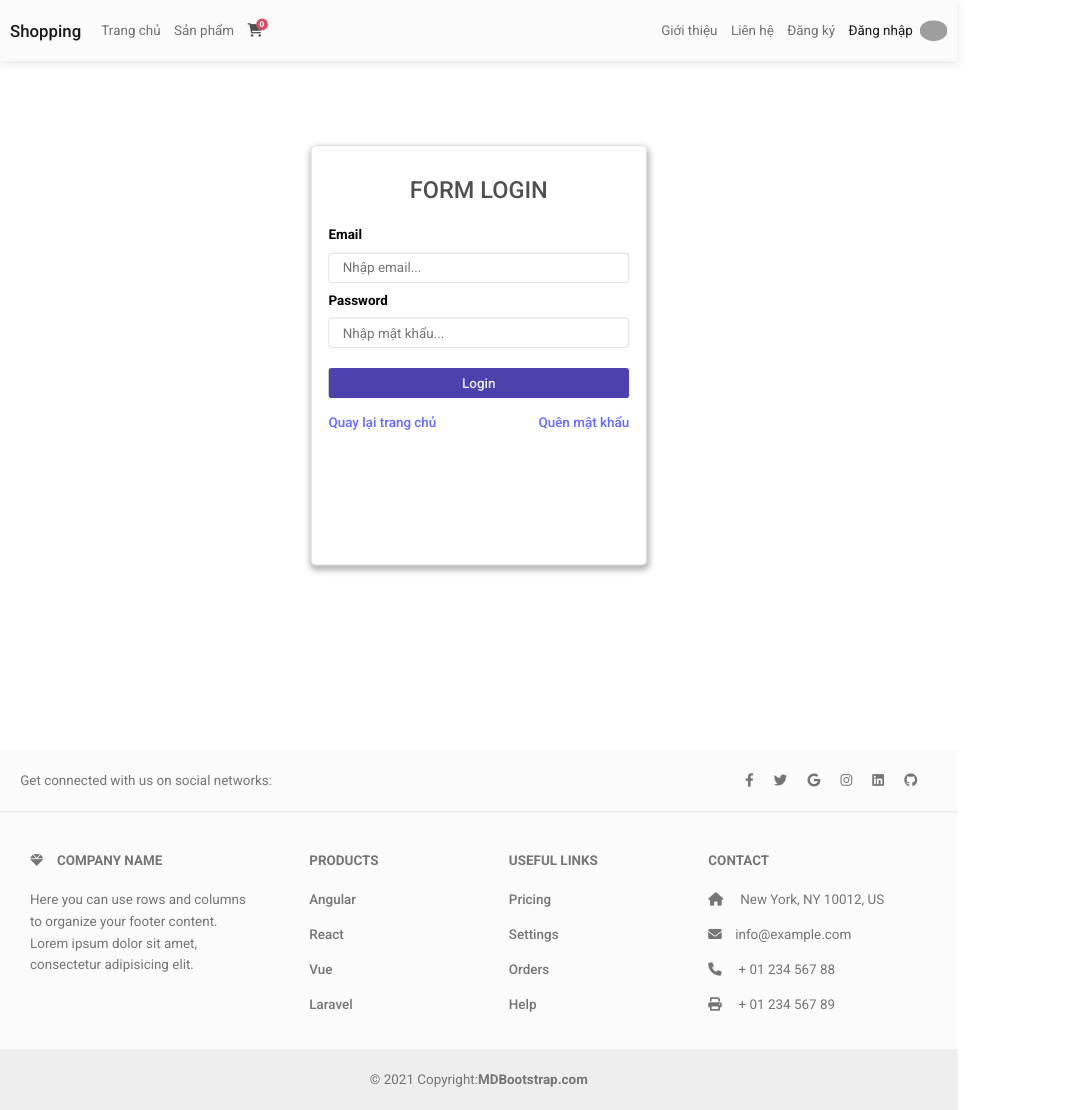
Repository: TinhTT336/MD02_Session10
Page: /login
These files come from the project's save history. The page is drawn as it stood at one moment and after the next save; the edit follows.
The browser window is 1280 px wide. The pictures show the whole page, at 84% of full size.
Pictures or frames that could not be fetched are drawn as grey boxes. Some web libraries are served in a nearby version. The project was rebuilt for these pictures with package versions that can differ from the ones it lists, and the page was loaded fresh each time. Also part of the build but not shown: vite.config.js, src/pages/Home.jsx, src/common/formatMoney.js, src/actions/cartActions.js, src/pages/ListProduct.jsx, src/pages/Cart.jsx, src/components/base/backtop/backtop.css, src/components/base/backtop/BackToTop.jsx and 11 more.

Above is the page before, as saved 2023-09-08 17:27:12.

### index.html
<!DOCTYPE html>
<html lang="en">
  <head>
    <meta charset="UTF-8" />
    <link rel="icon" type="image/svg+xml" href="/vite.svg" />
    <meta name="viewport" content="width=device-width, initial-scale=1.0" />
    <title>Vite + React</title>
    <!-- Font Awesome -->
    <link
      href="https://cdnjs.cloudflare.com/ajax/libs/font-awesome/6.0.0/css/all.min.css"
      rel="stylesheet"
    />
    <!-- Google Fonts -->
    <link
      href="https://fonts.googleapis.com/css?family=Roboto:300,400,500,700&display=swap"
      rel="stylesheet"
    />
    <!-- MDB -->
    <link
      href="https://cdnjs.cloudflare.com/ajax/libs/mdb-ui-kit/6.4.1/mdb.min.css"
      rel="stylesheet"
    />
  </head>
  <body>
    <div id="root"></div>
    <script type="module" src="/src/main.jsx"></script>
    <script
      type="text/javascript"
      src="https://cdnjs.cloudflare.com/ajax/libs/mdb-ui-kit/6.4.1/mdb.min.js"
    ></script>
  </body>
</html>

### src/main.jsx
import React from 'react'
import ReactDOM from 'react-dom/client'
import App from './App.jsx'
import './index.css'
import { BrowserRouter } from 'react-router-dom'
import { Provider } from 'react-redux'
import { createStore } from 'redux'
import { reducer } from './reducers/index.js'

const store = createStore(reducer)
ReactDOM.createRoot(document.getElementById('root')).render(
  <React.StrictMode>
    <BrowserRouter>
      <Provider store={store}>
        <App />
      </Provider>
    </BrowserRouter>
  </React.StrictMode>,
)

### src/App.jsx

import { Route, Routes, useLocation } from 'react-router-dom'
import './App.css'
import Home from './pages/Home'
import ListProduct from './pages/ListProduct'
import Cart from './pages/Cart'
import About from './pages/About'
import Contact from './pages/Contact'
import Register from './pages/Register'
import Login from './pages/Login'
import ProductDetail from './pages/ProductDetail'
import { useEffect } from 'react'
import PrivateRouter from './pages/private/PrivateRouter'
import HomeAdmin from './pages/private/HomeAdmin'
import ManagerProduct from './pages/private/ManagerProduct'
import ManagerUser from './pages/private/ManagerUser'

function App() {
  const location = useLocation();
  useEffect(() => {
    window.scrollTo({ top: 0, behavior: "smooth" });
  }, [location.pathname])
  return (
    <>
      <Routes>
        {/* Router ai cung co the truy cap */}
        <Route path='/' element={<Home />}></Route>
        <Route path='/list-product' element={<ListProduct />}></Route>
        <Route path='/product/:id' element={<ProductDetail />}></Route>
        <Route path='/cart' element={<Cart />}></Route>
        <Route path='/about' element={<About />}></Route>
        <Route path='/contact' element={<Contact />}></Route>
        <Route path='/register' element={<Register />}></Route>
        <Route path='/login' element={<Login />}></Route>
        <Route path='/product-detail' element={<ProductDetail />}></Route>

        {/* Router chi admin moi co the truy cap */}
        <Route path='/admin' element={<PrivateRouter />}>
          {/* path ="/" duong dan tuyet doi */}
          <Route index element={<HomeAdmin />}></Route>
          <Route path='manager-product' element={<ManagerProduct />}></Route>
          <Route path='manager-user' element={<ManagerUser />}></Route>
        </Route>
      </Routes>
    </>
  )
}

export default App

### src/App.css
* {
  margin: 0;
  padding: 0;
  box-sizing: border-box;
}
/* .active {
  background-color: #efefef;
} */
/* body {
  max-width: 90%;
  margin: 0 auto;
} */

.nav-item .nav-link {
  padding: 15px;
}

.fa-cart-shopping {
  position: relative;
}

.fa-cart-shopping + span {
  position: absolute;
  top: -10px;
  right: -10px;
  background-color: red;
  color: white;
  border-radius: 50%;
  padding: 5px 10px;
}

### src/pages/Login.jsx
import React from 'react'
import Navbar from '../layouts/Navbar'
import Footer from '../layouts/Footer'
import Button from "../components/base/button/Button";
import "./login.css";
import { Link } from 'react-router-dom';

export default function Login() {
    return (
        <>
            <Navbar />
            <div style={{ minHeight: "100vh", marginTop: 100 }} className='d-flex justify-content-center align-item-center'>
                <form className='form-container'>
                    <h3 className='form-heading text-center p-3'>FORM LOGIN</h3>
                    <div className='form-group'>
                        <label className='form-label' htmlFor="email">Email</label>
                        <input className='form-input' type="text" id="email" placeholder='Nhập email...' />
                    </div>
                    <div className='form-group'>
                        <label className='form-label' htmlFor="password">Password</label>
                        <input className='form-input' type="password" id="password" placeholder='Nhập mật khẩu...' />
                    </div>
                    <div className='mt-4'>
                        <Button size="100%" title='Login' type='primary' />
                    </div>
                    <div className='mt-3 d-flex justify-content-between'>
                        <Link to={"/"}>Quay lại trang chủ</Link>
                        <Link>Quên mật khẩu</Link>
                    </div>
                </form>
            </div>
            <Footer />
        </>
    )
}

### src/layouts/Navbar.jsx
import React from 'react'
import { useSelector } from 'react-redux'
import { Link, NavLink } from 'react-router-dom'

export default function Navbar() {
    const carts = useSelector(cart => cart.listCart);
    return (
        <div>
            <>
                {/* Navbar start */}
                {/* Navbar */}
                <nav className="navbar navbar-expand-lg navbar-light bg-light">
                    {/* Container wrapper */}
                    <div className="container-fluid">
                        {/* Toggle button */}
                        <button
                            className="navbar-toggler"
                            type="button"
                            data-mdb-toggle="collapse"
                            data-mdb-target="#navbarSupportedContent"
                            aria-controls="navbarSupportedContent"
                            aria-expanded="false"
                            aria-label="Toggle navigation"
                        >
                            <i className="fas fa-bars" />
                        </button>
                        {/* Collapsible wrapper */}
                        <div className="collapse navbar-collapse" id="navbarSupportedContent">
                            {/* Navbar brand */}
                            <a className="navbar-brand mt-2 mt-lg-0" >
                                {" "}
                                Shopping{" "}
                            </a>
                            {/* Left links */}
                            <ul className="navbar-nav me-auto mb-2 mb-lg-0">
                                <li className="nav-item">
                                    <NavLink to={"/"} className="nav-link" >
                                        Trang chủ
                                    </NavLink>
                                </li>
                                <li className="nav-item">
                                    <NavLink to={"/list-product"} className="nav-link" >
                                        Sản phẩm
                                    </NavLink>
                                </li>
                                <li className="nav-item">
                                    {/* Icon */}
                                    <Link to={"/cart"} className="text-reset me-3 nav-link" >
                                        <i className="fas fa-shopping-cart" />
                                        <span className="badge rounded-pill badge-notification bg-danger">
                                            {carts.length}
                                        </span>
                                    </Link>
                                </li>
                            </ul>
                            {/* Left links */}
                        </div>
                        {/* Collapsible wrapper */}
                        {/* Right elements */}
                        <div className="d-flex align-items-center">
                            <ul className="navbar-nav me-auto mb-2 mb-lg-0">
                                <li className="nav-item">
                                    <NavLink to={"/about"} className="nav-link" >
                                        Giới thiệu
                                    </NavLink>
                                </li>
                                <li className="nav-item">
                                    <NavLink to={"/contact"} className="nav-link" >
                                        Liên hệ
                                    </NavLink>
                                </li>
                                <li className="nav-item">
                                    <NavLink to={"/register"} className="nav-link" >
                                        Đăng ký
                                    </NavLink>
                                </li>
                                <li className="nav-item">
                                    <NavLink to={"/login"} className="nav-link" >
                                        Đăng nhập
                                    </NavLink>
                                </li>
                            </ul>
                            {/* Avatar */}
                            <div className="dropdown">
                                <a
                                    className="dropdown-toggle d-flex align-items-center hidden-arrow"

                                    id="navbarDropdownMenuAvatar"
                                    role="button"
                                    data-mdb-toggle="dropdown"
                                    aria-expanded="false"
                                >
                                    <img
                                        src="https://mdbcdn.b-cdn.net/img/new/avatars/2.webp"
                                        className="rounded-circle"
                                        height={25}
                                        alt="Black and White Portrait of a Man"
                                        loading="lazy"
                                    />
                                </a>
                                <ul
                                    className="dropdown-menu dropdown-menu-end"
                                    aria-labelledby="navbarDropdownMenuAvatar"
                                >
                                    <li>
                                        <a className="dropdown-item" >
                                            My profile
                                        </a>
                                    </li>
                                    <li>
                                        <a className="dropdown-item" >
                                            Settings
                                        </a>
                                    </li>
                                    <li>
                                        <a className="dropdown-item" >
                                            Logout
                                        </a>
                                    </li>
                                </ul>
                            </div>
                        </div>
                        {/* Right elements */}
                    </div>
                    {/* Container wrapper */}
                </nav>
                {/* Navbar end */}
            </>

        </div>
    )
}

### src/components/base/button/Button.jsx
import React from 'react';
import "./button.css";

export default function Button({ title, size, type }) {
    const styleObj = {
        width: size,
    }
    return (
        <>
            <button style={styleObj} className={`t-button t-button-${type}`}>
                {title}
            </button>
        </>
    )
}

### src/pages/login.css
.form-container {
  border: 1px solid #dadada;
  padding: 20px;
  width: 400px;
  height: 500px;
  border-radius: 6px;
  box-shadow: 1px 4px 8px 2px rgba(0, 0, 0, 0.3);
}
.form-group {
  display: flex;
  flex-direction: column;
  margin-bottom: 8px;
}
.form-label {
  font-weight: 600;
  color: #000;
}
.form-input {
  height: 36px;
  padding: 0 16px;
  border-radius: 4px;
  outline: none;
  border: 1px solid #dadada;
}

### src/components/base/button/button.css
.t-button {
  height: 36px;
  border: 1px solid transparent;
  border-radius: 4px;
  padding: 0 16px;
  min-width: 80px;
  /* line-height: 36px; */
  cursor: pointer;
  background-color: #efefef;
}

.t-button-primary {
  background-color: rgba(51, 41, 162, 0.882);
  color: #eee;
}
.t-button-primary:hover {
  background-color: rgba(0, 0, 0, 0.9);
  color: #fff;
}
.t-button-primary:focus {
  background-color: rgba(0, 0, 0, 0.9);
  color: #fff;
}
.t-button-danger {
  background-color: #ff4d4f !important;
}
.t-button-danger:hover {
  background-color: #f5292c !important;
  color: #fff;
}
.t-button-danger:focus {
  background-color: #ef0d11 !important;
  color: #fff;
}

### src/layouts/admin/sidebar/sidebar.css
/* .sidebar-admin {
  width: 230px;
  min-height: 100vh;
  color: #afafaf;
  padding: 5px;
}

.router-item {
  padding: 10px;
  border-bottom: 1px solid rgba(255, 255, 255, 0.1);
  cursor: pointer;
  transition: all.3s ease;
  color: #dfdcdc !important;
  font-size: 14px;
  font-weight: 600;
  display: flex;
  align-items: center;
  position: relative;
  z-index: 1;
  padding: 10px 20px 10px 20px;
  background-color: rgba(255, 255, 255, 0.1);
  border-radius: 5px;
  transition: all.3s ease;
  box-shadow: 0 1px 3px rgba(0, 0, 0, 0.12), 0 1px 2px rgba(0, 0, 0, 0.24);
}

.router-item:hover {
  background-color: rgba(255, 255, 255, 0.2);
  box-shadow: 0 14px 26px -12px rgba(0, 0, 0, 0.42),
    0 4px 23px 0px rgba(0, 0, 0, 0.12), 0 8px 10px -5px rgba(0, 0, 0, 0.2);
  color: #fff !important;
}

.router-item:hover.router-item-icon {
  color: #fff;
}

.router-item-icon {
  font-size: 20px;
  margin-right: 10px;
}

.router-item-title {
  font-size: 14px;
  font-weight: 600;
} */

.m-menu {
  width: 230px;
  background-color: #393a3d;
  color: #fff;
  overflow-y: auto;
}

.m-menu a {
  color: #efe3e3;
  text-decoration: none;
  cursor: pointer;
}

.m-logo-container {
  height: 56px;
  width: 230px;
  display: flex;
  align-items: center;
  /* justify-content: center; */
}

.m-logo-icon {
  height: 56px;
  width: 100%;
  border-right: 1px solid #dadada;
}

.m-menu-item {
  height: calc(100vh - 62px);
  overflow: auto;
}

.m-item-router {
  height: 50px;
  display: flex;
  align-items: center;
  padding-right: 14px;
  padding-left: 8px;
  border-left: 6px solid transparent;
  position: relative;
}

.m-item-router.active::before,
.m-item-router:hover::before {
  content: "";
  color: #fff;
  background: rgb(212, 215, 220);
  opacity: 0.2;
  width: calc(100% + 6px);
  height: 50px;
  left: -6px;
  top: 0px;
  position: absolute;
}

@media screen and (max-width: 600px) {
  .m-item-router .m-item-title {
    display: none;
  }

  .m-menu {
    width: 48px;
  }

  .m-logo-icon {
    height: 70px;
  }
  .collapse {
    left: 8px;
  }
  .collapse .m-item-title {
    display: none;
  }

  .m-navbar {
    height: 48px !important;
  }
}

.m-icon-15-fs {
  margin-right: 8px;
}

Loaded but not shown: src/index.css (common file); src/data/products.json (44 lines, source omitted); src/reducers/listCart.js (96 lines, source omitted); src/reducers/index.js (5 lines, source omitted); src/contrains/actionTypes.js (4 lines, source omitted); src/reducers/listProduct.js (4 lines, source omitted); src/layouts/Footer.jsx (153 lines, source omitted)

After the next save:
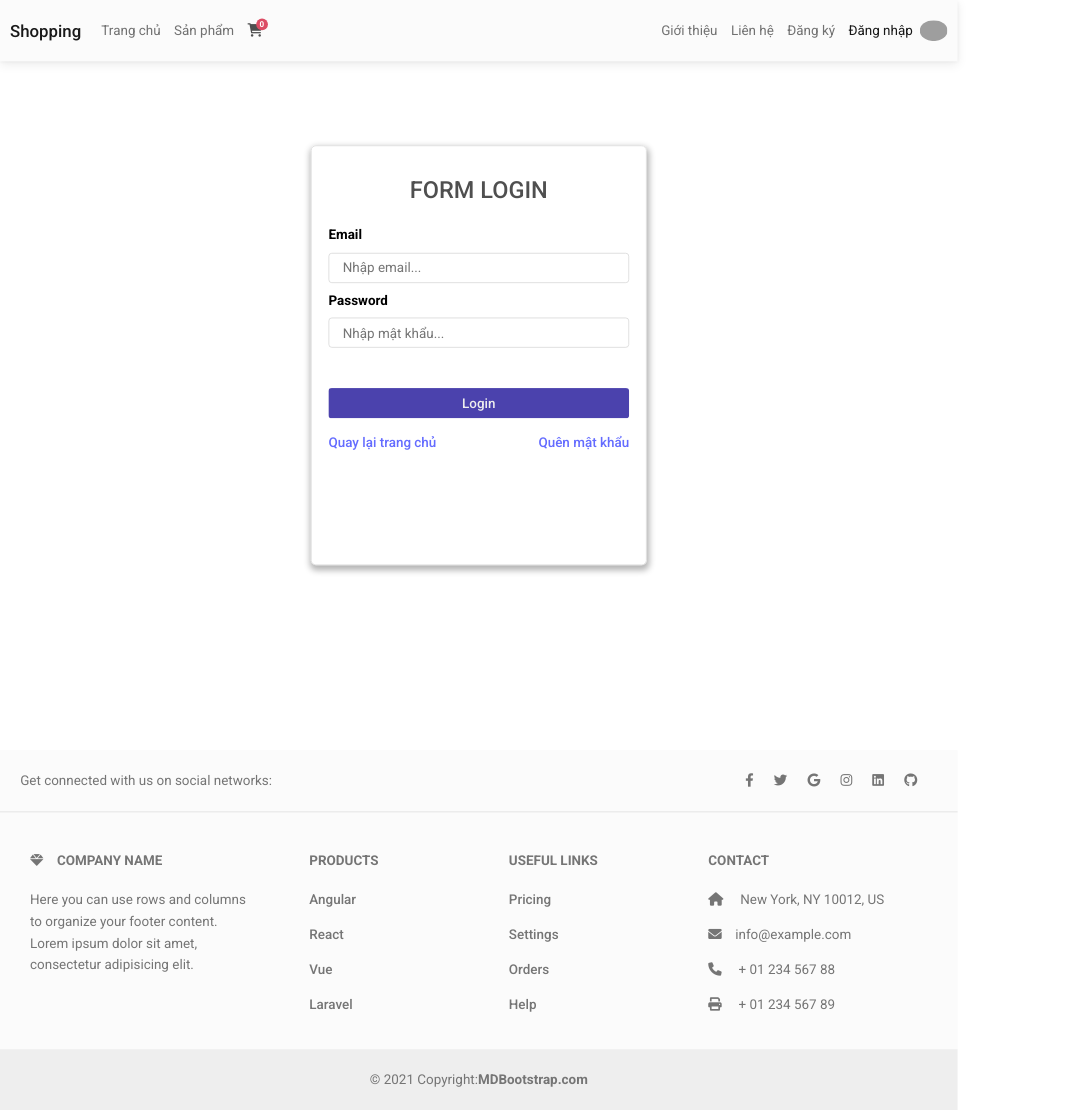
Saved 7 s later.
--- a/src/pages/Login.jsx
+++ b/src/pages/Login.jsx
@@ -20,7 +20,7 @@
                         <label className='form-label' htmlFor="password">Password</label>
                         <input className='form-input' type="password" id="password" placeholder='Nhập mật khẩu...' />
                     </div>
-                    <div className='mt-4'>
+                    <div className='mt-5'>
                         <Button size="100%" title='Login' type='primary' />
                     </div>
                     <div className='mt-3 d-flex justify-content-between'>

After the save that followed:
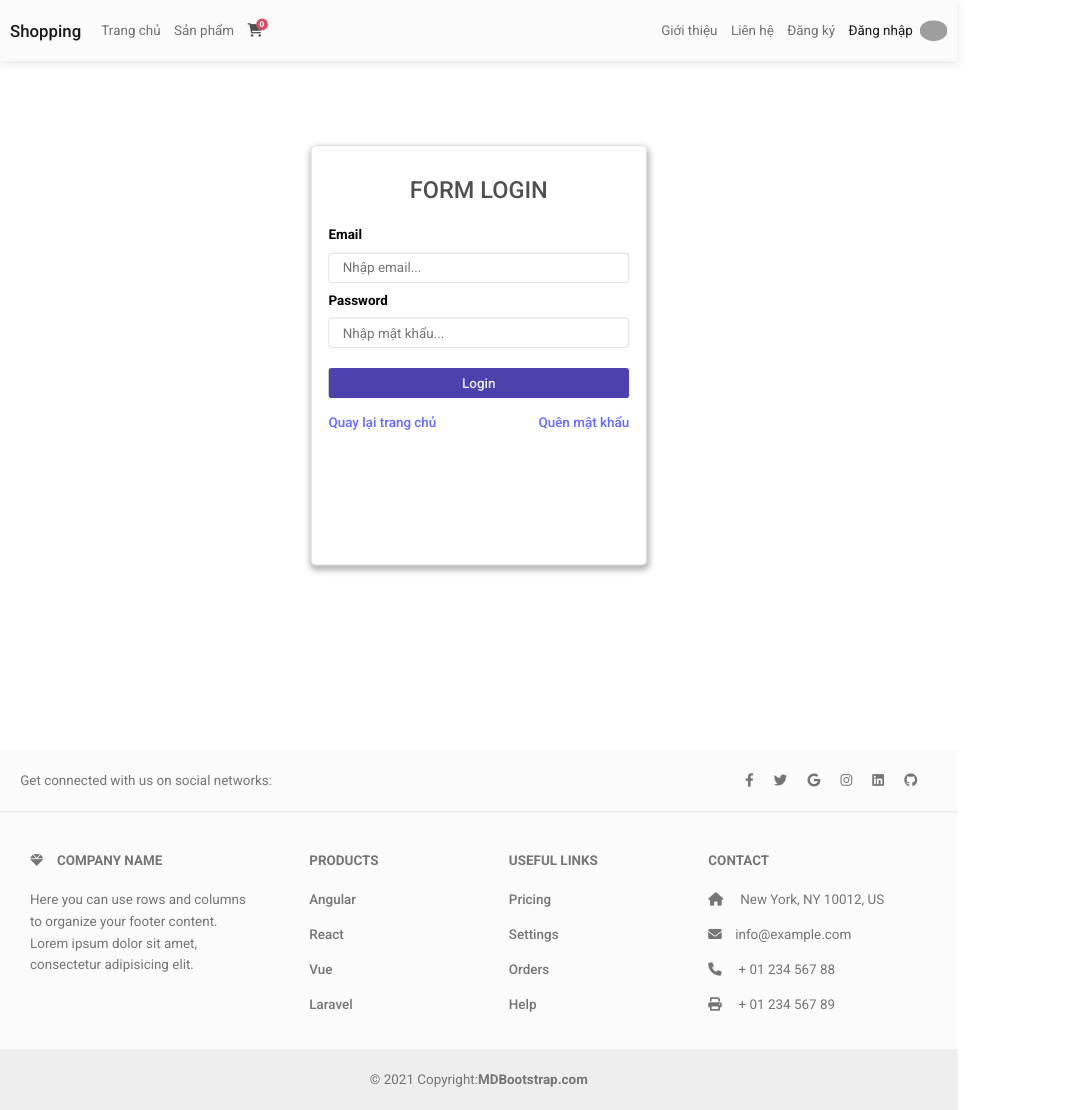
Saved 5 s later.
--- a/src/pages/Login.jsx
+++ b/src/pages/Login.jsx
@@ -20,7 +20,7 @@
                         <label className='form-label' htmlFor="password">Password</label>
                         <input className='form-input' type="password" id="password" placeholder='Nhập mật khẩu...' />
                     </div>
-                    <div className='mt-5'>
+                    <div className='mt-4'>
                         <Button size="100%" title='Login' type='primary' />
                     </div>
                     <div className='mt-3 d-flex justify-content-between'>
